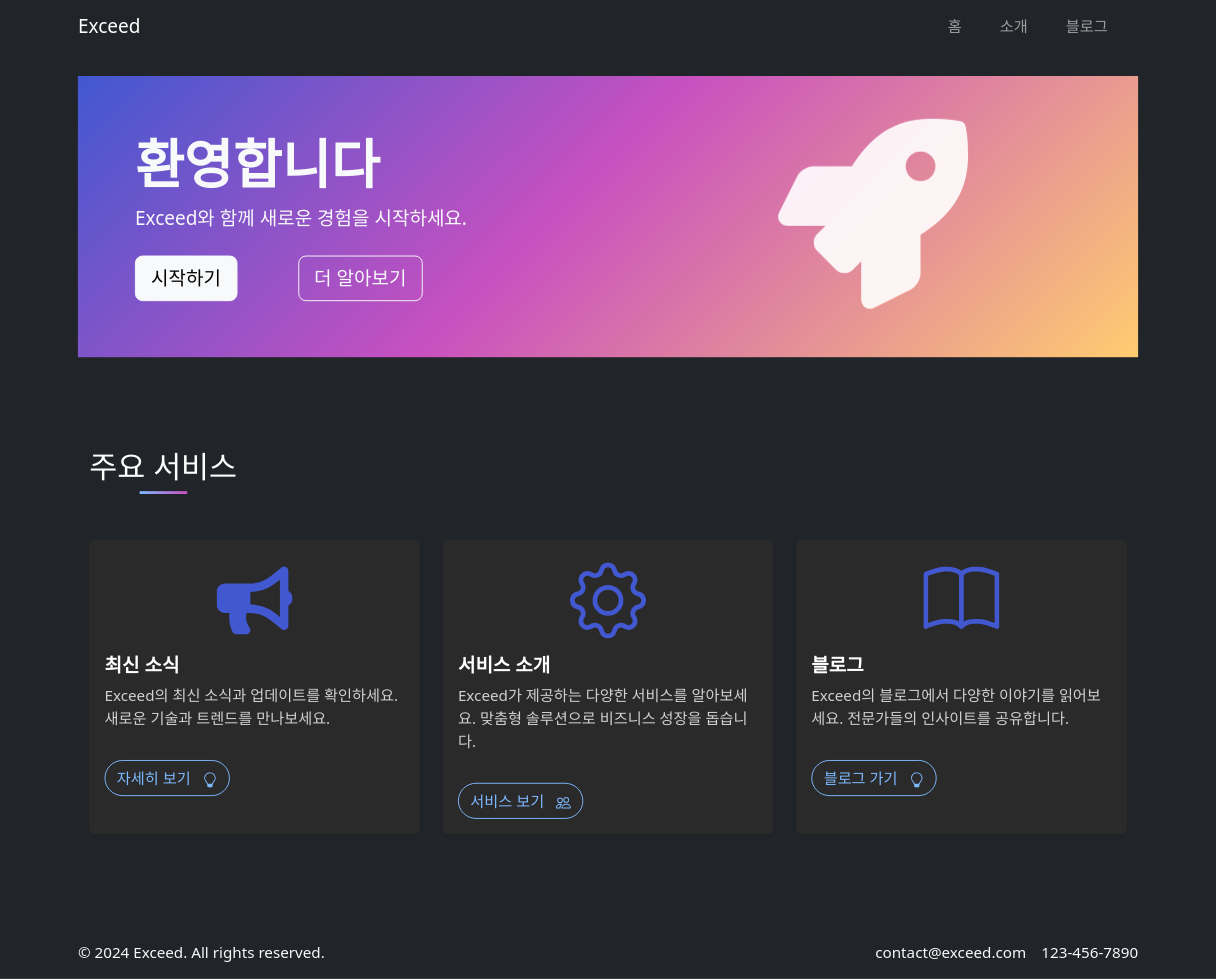
Repository: somej-123/exceed
Page: /
These files come from the project's save history. The page is drawn as it stood at one moment and after the next save; the edit follows.
The browser window is 1280 px wide. The pictures show the whole page, at 95% of full size.
The project was rebuilt for these pictures with package versions that can differ from the ones it lists, and the page was loaded fresh each time. Also part of the build but not shown: vite.config.ts, src/pages/Info.tsx, src/pages/Blog.tsx.

Above is the page before, as saved 2025-03-23 20:03:39.

After the next save:
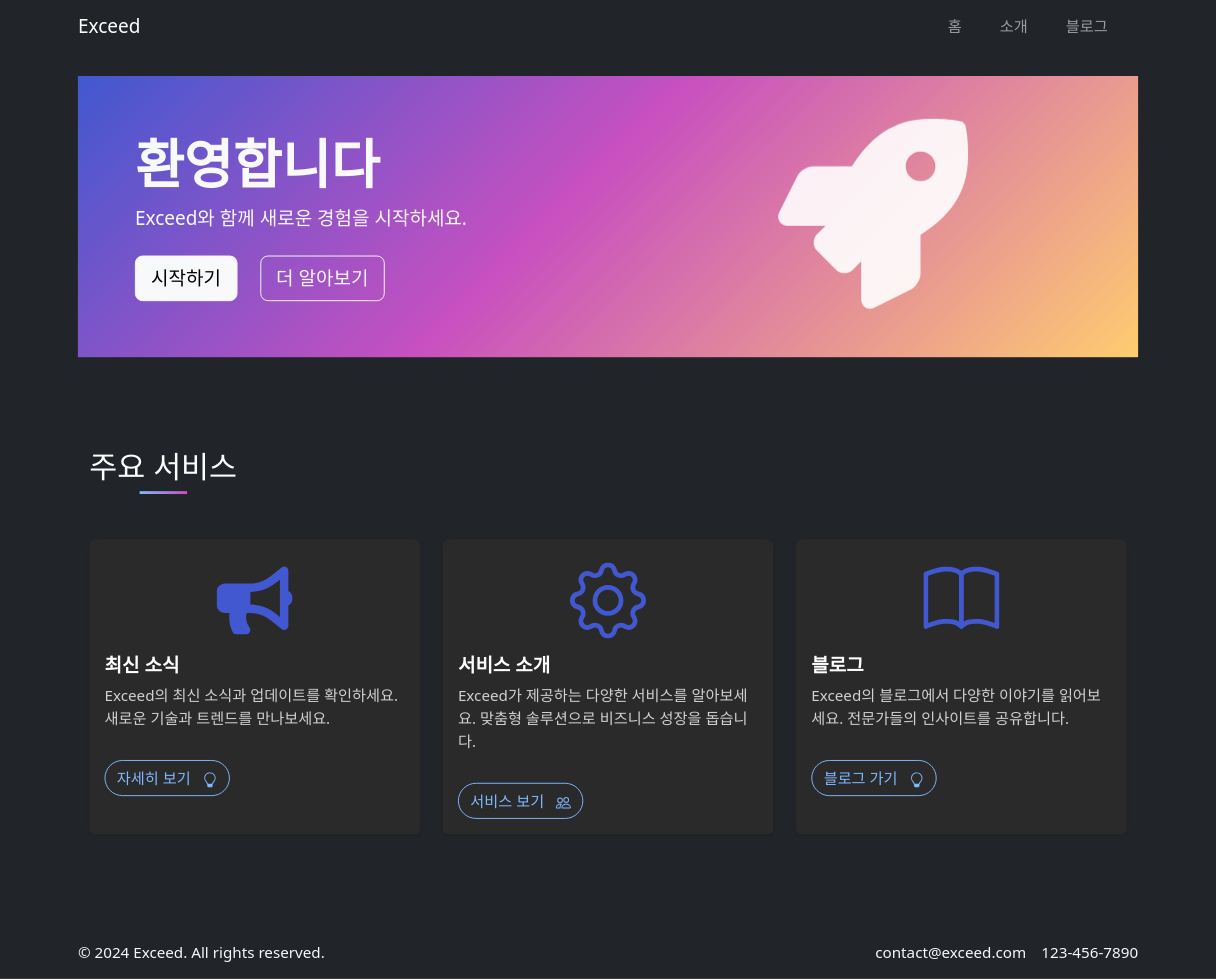
Saved 13 s later.
--- a/src/pages/Home.tsx
+++ b/src/pages/Home.tsx
@@ -14,7 +14,7 @@ const Home = () => {
               <h1 className="display-4 fw-bold ms-md-5">환영합니다</h1>
               <p className="lead mb-4 ms-md-5">Exceed와 함께 새로운 경험을 시작하세요.</p>
               <Button variant="light" size="lg" className="me-3 ms-md-5">시작하기</Button>
-              <Button variant="outline-light" size="lg" className="ms-md-5">더 알아보기</Button>
+              <Button variant="outline-light" size="lg" className="ms-md-2">더 알아보기</Button>
             </Col>
             <Col md={6} className="text-center">
               <FaRocket size={200} className="hero-icon" />
